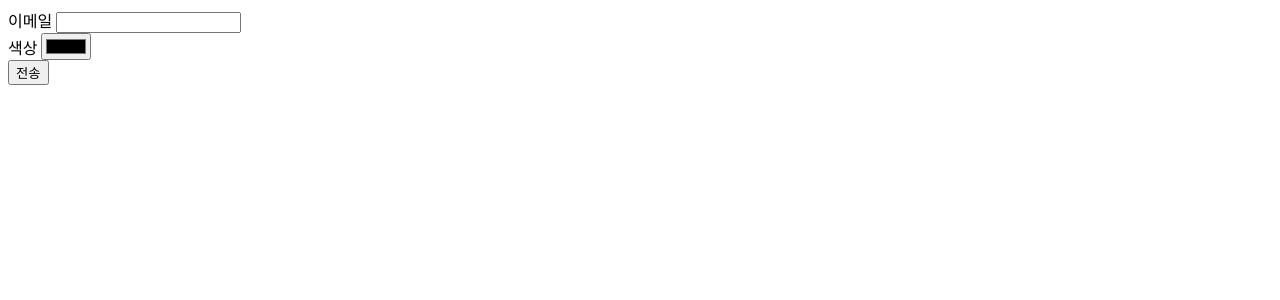
Repository: seokku/java2
Page: workspace/web/ch02basic/WebContent/input.html
An editor plug-in stored every save of this project. The page is shown before and after the next save, followed by the edit.
The browser window is 1280 px wide. The pictures show the whole page.

Above is the page before, as saved 2021-02-15 06:43:54.

### workspace/web/ch02basic/WebContent/input.html
<!DOCTYPE html>
<html>
<head>
<meta charset="UTF-8">
<title>Insert title here</title>
</head>
<body>
<form method="post">
	이메일 <input type="email"><br/>
	색상 <input type="color"><br/>
	<button>전송</button>
</form>
</body>
</html>

After the next save:
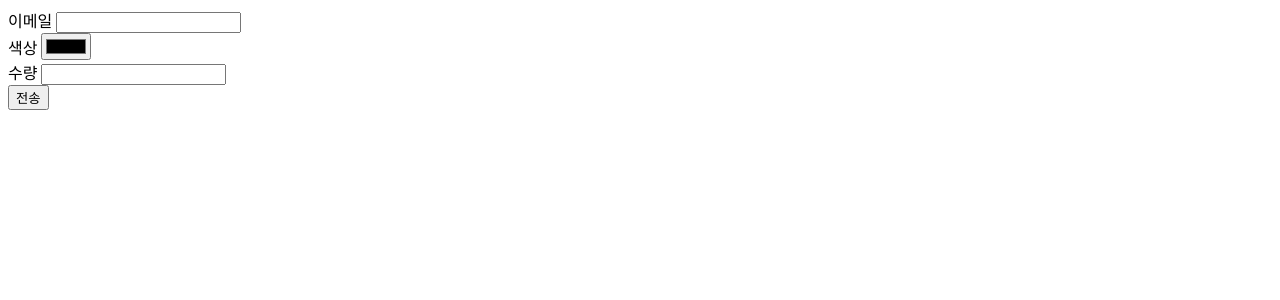
Saved 3 min 9 s later.
--- a/workspace/web/ch02basic/WebContent/input.html
+++ b/workspace/web/ch02basic/WebContent/input.html
@@ -8,6 +8,7 @@
 <form method="post">
 	이메일 <input type="email"><br/>
 	색상 <input type="color"><br/>
+	수량 <input type="number"><br/>
 	<button>전송</button>
 </form>
 </body>
